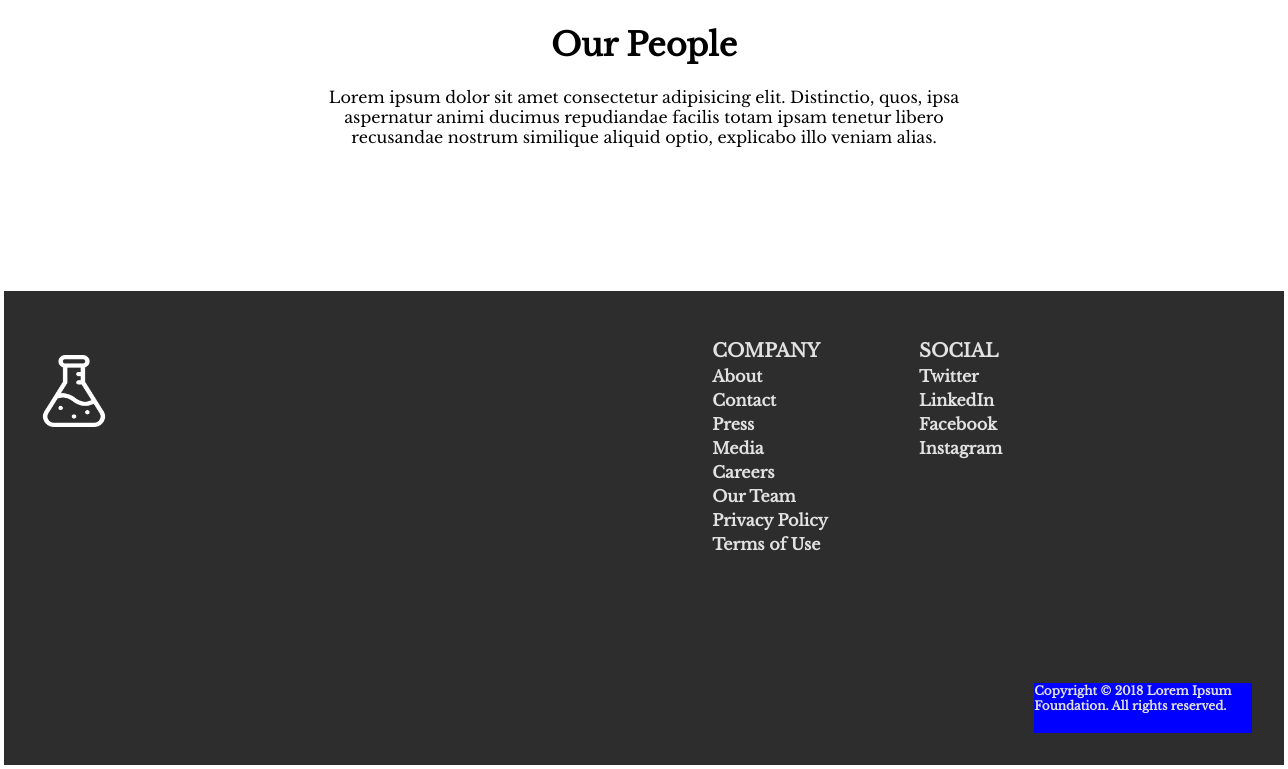
Repository: Tsardines/app
Page: / (app in my-app/)
These files come from the project's save history. The page is drawn as it stood at one moment and after a run of saves; the edit follows.
The browser window is 1280 px wide. The page is 1288 px wide, so the pictures cover 1288 px, including what lies to the right of the window. The pictures show the whole page.
The page's requests for data from a server got no answer. The project was rebuilt for these pictures with package versions that can differ from the ones it lists, and the page was loaded fresh each time. No one was signed in, and anything a server would have sent is missing.

Above is the page before, as saved 2018-11-14 20:29:07.

After the next 2 saves:
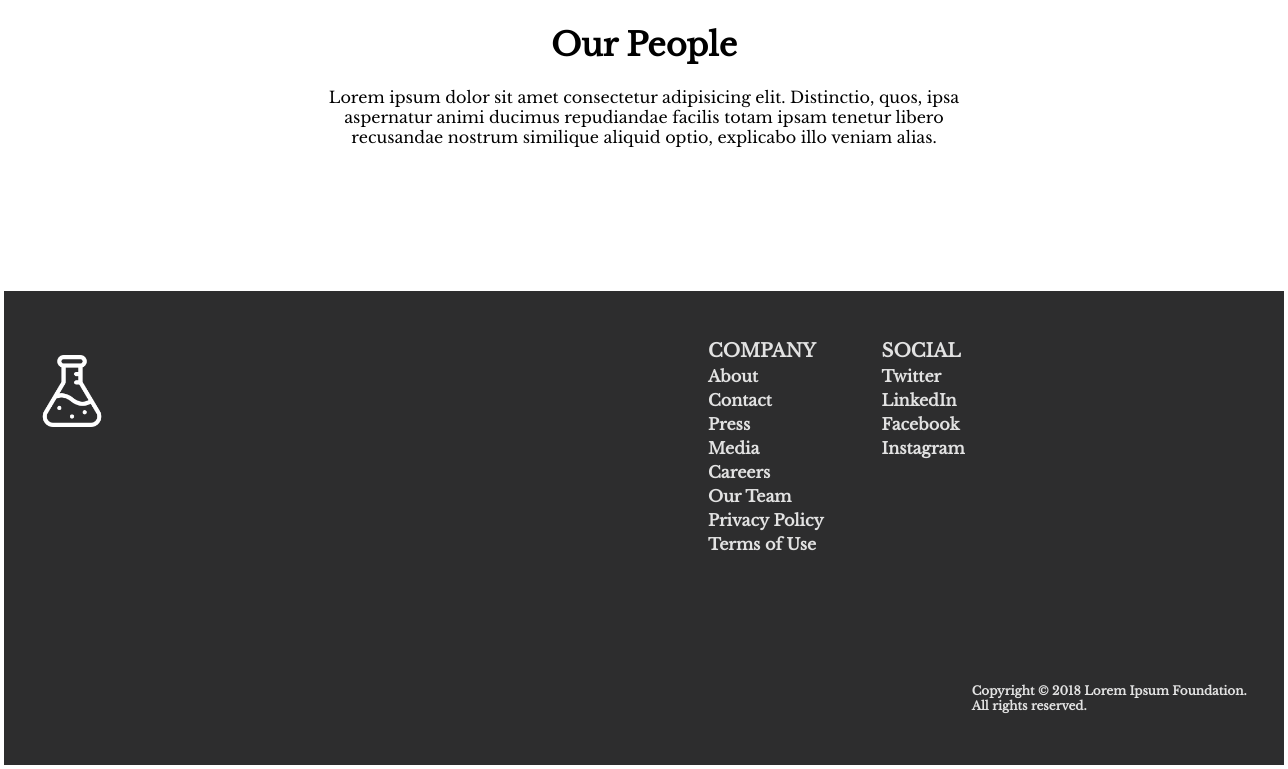
The 2 saves are shown as one change because they came seconds apart.
The last was saved 9 s later.
--- a/my-app/src/components/Footer.css
+++ b/my-app/src/components/Footer.css
@@ -49,9 +49,7 @@
 }
 
 .copy {
-    background-color: blue;
     font-size: 0.75em;
     height: 7vh;
     margin-top: 30em;
-    width: 20vw;
 }
